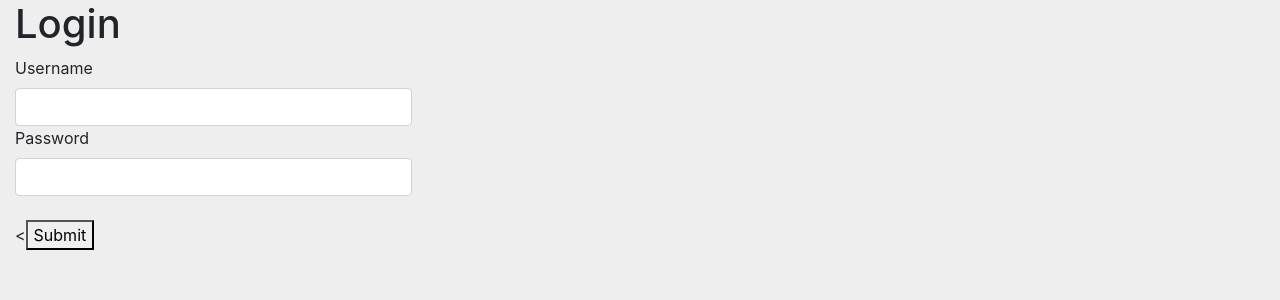
Repository: neoighodaro-articles/migrating-to-laravel
Page: http://localhost/
An editor plug-in stored every save of this project. The page is shown before and after the next save, followed by the edit.
The browser window is 1280 px wide. The pictures show the whole page.
The page is run by PHP 8.4 with error messages shown; the project is at /var/www/html/.

Above is the page before, as saved 2018-06-12 18:39:07.

### vanilla/index.php
<!DOCTYPE html>
<html lang="en">
<head>
  <meta charset="UTF-8">
  <meta name="viewport" content="width=device-width, initial-scale=1.0">
  <meta http-equiv="X-UA-Compatible" content="ie=edge">
  <title>Vanilla Todo App</title>
  <link rel="stylesheet" href="https://stackpath.bootstrapcdn.com/bootstrap/4.1.1/css/bootstrap.min.css" integrity="sha384-WskhaSGFgHYWDcbwN70/dfYBj47jz9qbsMId/iRN3ewGhXQFZCSftd1LZCfmhktB" crossorigin="anonymous">
  <style>
    body {
      background: #EEE;
    }
  </style>
</head>
<body>
  <div class="rows">
    <div class="col-md-4 col-md-offset-3">
      <h1> Login </h1>
      <label>Username</label>
      <input type="text" class="form-control">
      <label>Password</label>
      <input type="password" class="form-control">
      <br>
      <<button type="submit">Submit</button>
    </div>
  </div>
</body>
</html>

After the next save:
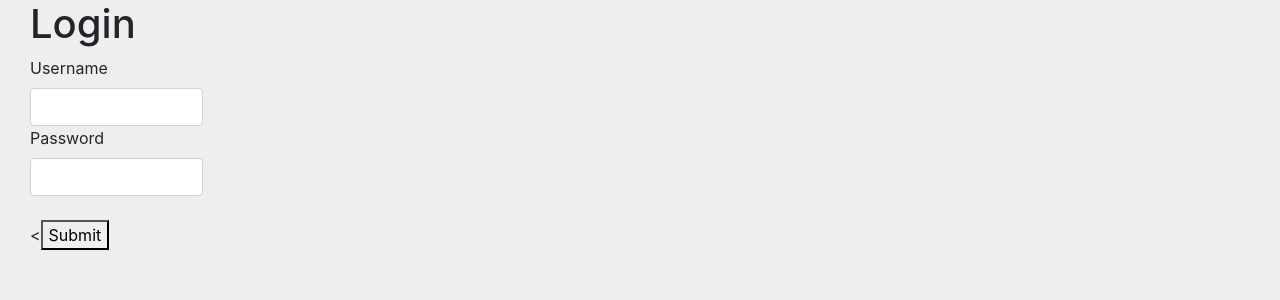
Saved 27 s later.
--- a/vanilla/index.php
+++ b/vanilla/index.php
@@ -13,7 +13,7 @@
   </style>
 </head>
 <body>
-  <div class="rows">
+  <div class="col-md-6">
     <div class="col-md-4 col-md-offset-3">
       <h1> Login </h1>
       <label>Username</label>
